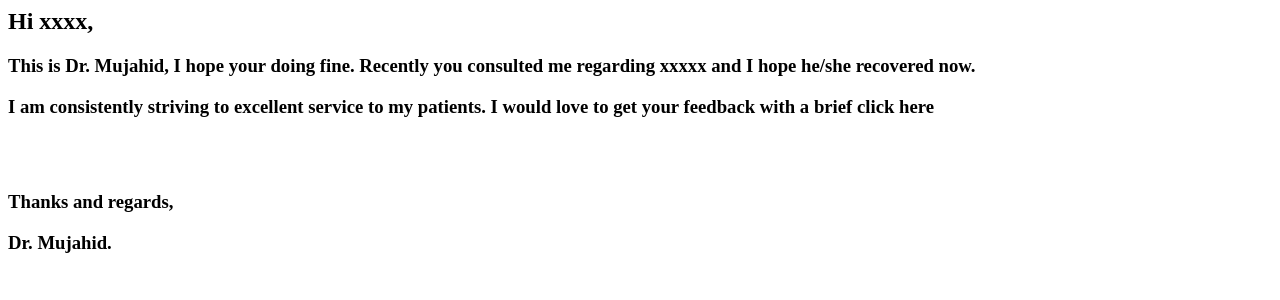
Repository: fazilkarni/mybaby
Page: mybaby/src/com/mybaby/communication/email/email.html
The author's editor kept a copy of each file at every save. The page is drawn from the files as they stood at one save, then again after the next save.
The browser window is 1280 px wide. The pictures show the whole page.

Above is the page before, as saved 2016-06-06 17:48:29.

After the next save:
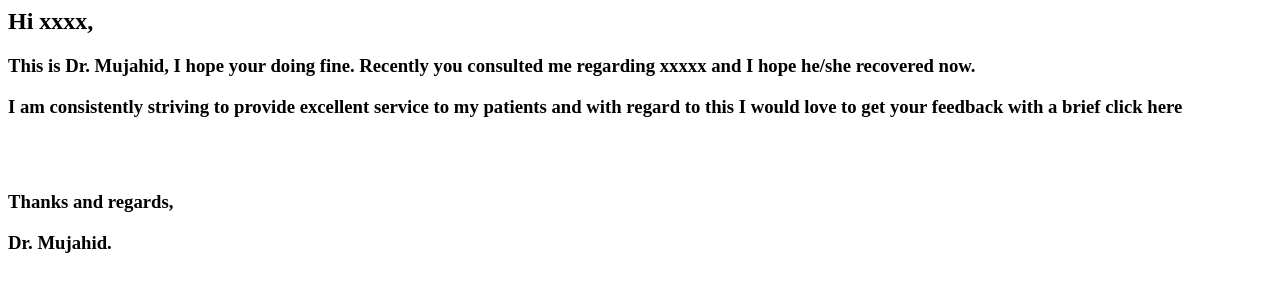
Saved 69 s later.
--- a/mybaby/src/com/mybaby/communication/email/email.html
+++ b/mybaby/src/com/mybaby/communication/email/email.html
@@ -3,7 +3,7 @@
 <H2>Hi xxxx,</H2>
 <h3>This is Dr. Mujahid, I hope your doing fine. Recently you consulted me regarding xxxxx and I hope he/she recovered now. </h3>
 
-<h3>I am consistently striving to excellent service to my patients. I would love to get your feedback with a brief <a></a><href> click here</href></a></h3>
+<h3>I am consistently striving to provide excellent service to my patients and with regard to this I would love to get your feedback with a brief <a></a><href> click here</href></a></h3>
 <br>
 <br>
 
